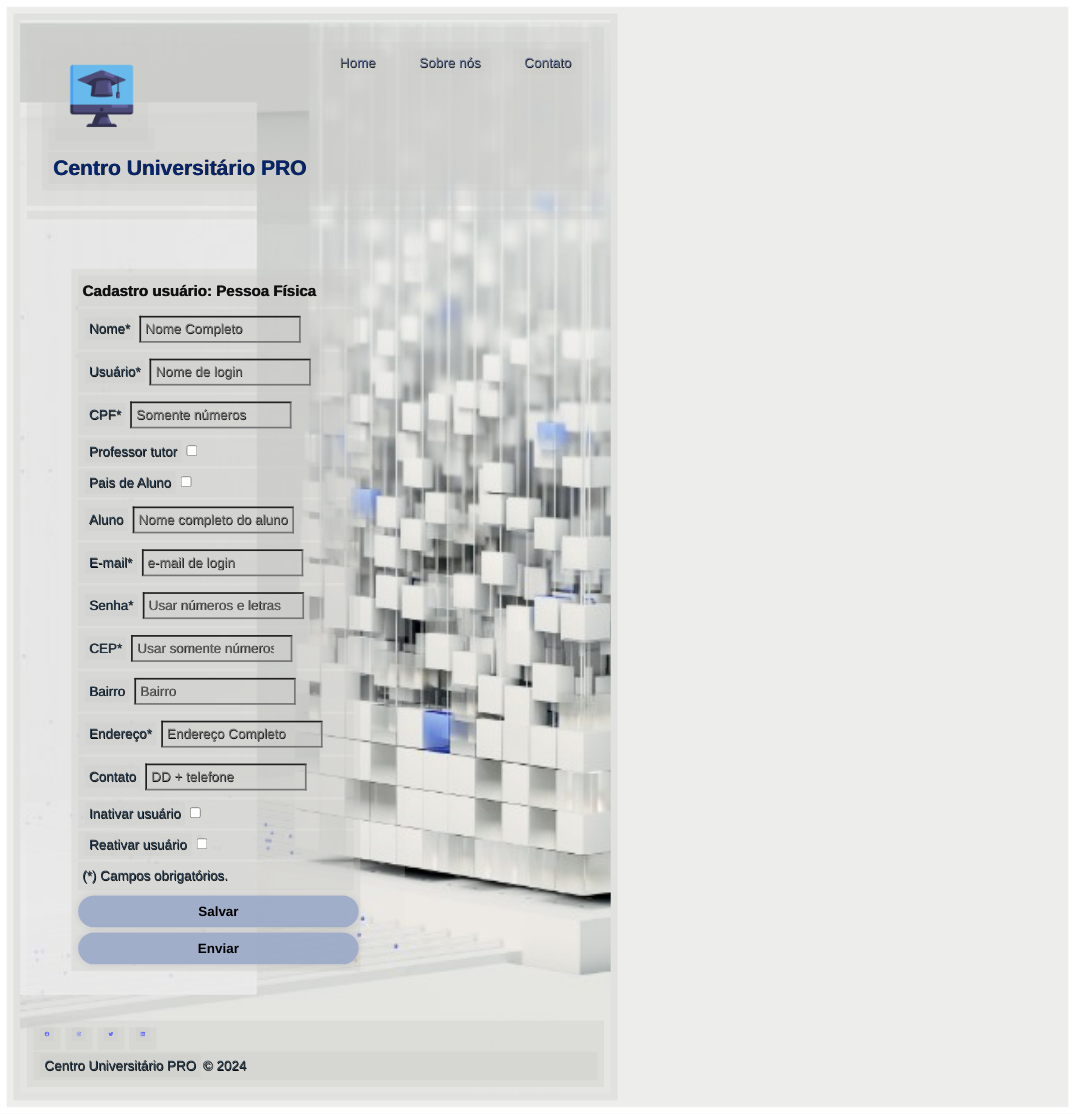
Repository: DanuziaRA/Cadastros-de-Usuarios
Page: /cadastro
An editor plug-in stored every save of this project. The page is shown before and after the next save, followed by the edit.
The browser window is 1280 px wide. The pictures show the whole page, at 84% of full size.
The project was rebuilt for these pictures with package versions that can differ from the ones it lists, and the page was loaded fresh each time. Also part of the build but not shown: vite.config.js, src/components/Footer.css, src/router/Contact.jsx, src/router/ErrorPage.jsx, src/router/ContactDetails.jsx, src/router/Login.jsx, src/router/Company.jsx, src/router/Forget.jsx.

Above is the page before, as saved 2024-10-01 12:42:17.

### src/main.jsx
import { StrictMode } from 'react'
import { createRoot } from 'react-dom/client'
import App from './App.jsx'
import './index.css'

import {createBrowserRouter, RouterProvider,Navigate} from 'react-router-dom';

  import Contact from './router/Contact.jsx';
  import ErrorPage from './router/ErrorPage.jsx';
  import ContactDetails from './router/ContactDetails.jsx';
  import Login from './router/Login.jsx';
  import Company from './router/Company.jsx';
  import Forget from './router/Forget.jsx';
  import Cadastro from './router/Cadastro.jsx';


  const router = createBrowserRouter([
        {
      path: "/",
      element: <App/>,
      errorElement: <ErrorPage />,
      children: [
        {
          path: "/",
          element:<Login />,
        },
        {
          path: "empresa",
          element:<Company />,
        },
        {
          path: "contact",
          element:<Contact />,
        },
        //Nested routes - identificando unico
        {
          path: "/contact/:id",
          element: <ContactDetails />,
        },
        {
          path: "forget",
          element: <Forget />,
        },
        {
          path: "cadastro",
          element: <Cadastro />,
        },
        //Navigate para página não existentes
        {
          path: "oldcontact",
          element: <Navigate to="/contact" />,
        },
      ],
    },
    ]);


createRoot(document.getElementById('root')).render(
  <StrictMode>
    <RouterProvider router={router} />
    </StrictMode>,
);

### src/App.jsx
import './App.css'

import { Outlet } from 'react-router-dom';
import Navbar from './components/Navbar';
import Footer from './components/Footer'


function App() {
  return (
      <div className='App'>
        <Navbar />
        <h1></h1>
        <Outlet />
        <Footer />
    </div>
  );
}

export default App;

### src/router/Cadastro.jsx
import React from 'react'
import { DiVim, DiVisualstudio } from 'react-icons/di'
import {useState} from "react";
import './Cadastro.css';


const Cadastro = () => {
  const [username, setUsername] = useState("");
  const [password, setPassword] = useState("");
  const [userusuario, setUserusuario] = useState("");
  const [usercpf, setCpf] = useState("");
  const [userproftutor, setProftutor] = useState("");
  const [userpais, setPais] = useState("");
  const [usernaluno, setNaluno] = useState("");
  const [useremail, setEmail] = useState("");
  const [usercep, setCep] = useState("");
  const [userbairro, setBairro] = useState("");
  const [userendereco, setEndereco] = useState("");
  const [usercontato, setContato] = useState("");
  const [userinativar, setInativar] = useState("");
  const [userreativar, setReativar] = useState("");

const handleSubmit = (event) => {
  event.preventDefault();
alert("Enviando os dados:" + username + " -" + password + "-" + userusuario + "-" + usercpf + "-" + userproftutor + "-" + userpais + "-" + usernaluno + "-" + usercep + "-" + userbairro + "-" + "-" + userendereco + "-" + useremail + "-" + usercontato + "-" + userinativar + "-" + userreativar);
};

  return (
    <div className='container'>
        <form onSubmit={handleSubmit}>
          <h2>Cadastro usuário: Pessoa Física</h2>

            <div>
            <label>Nome*</label>
            <input type="text" placeholder='Nome Completo'
            required
            onChange={(e) => setUsername(e.target.value)}
            />
            </div>

            <div>
            <label>Usuário*</label>
            <input type="text" placeholder='Nome de login'
            required
            onChange={(e) => setUserusuario(e.target.value)} />
            </div>

            <div>
            <label>CPF*</label>
            <input type="number" placeholder='Somente números'
            required
            onChange={(e) => setCpf (e.target.value)} />
            </div>

            <div>
            <label>Professor tutor</label>
            <input type="checkbox" placeholder='professor tutor'
            onChange={(e) => setProftutor(e.target.value)} />
            </div>

            <div>
            <label>Pais de Aluno</label>
            <input type="checkbox"placeholder='responsável pelo aluno'
            onChange={(e) => setPais(e.target.value)} />
            </div>

            <div>
            <label>Aluno</label>
            <input type="text" placeholder='Nome completo do aluno'
            onChange={(e) => setNaluno(e.target.value)} />
            </div>

            <div>
            <label>E-mail*</label>
            <input type="email" placeholder='e-mail de login'
            required
            onChange={(e) => setEmail(e.target.value)} />
            </div>

            <div>
            <label>Senha*</label>
            <input type="password" placeholder='Usar números e letras'
            required
            onChange={(e) => setPassword(e.target.value)}/>
            </div>

            <div>
            <label>CEP*</label>
            <input type="number" placeholder='Usar somente números'
            required
            onChange={(e) => setCep(e.target.value)} />
            </div>

            <div>
            <label>Bairro</label>
            <input type="text"placeholder='Bairro'
            onChange={(e) => setBairro(e.target.value)} />
            </div>

            <div>
              <label>Endereço*</label>
            <input type="text" placeholder='Endereço Completo'
            required
            onChange={(e) => setEndereco(e.target.value)} />
            </div>

            <div>
            <label>Contato</label>
            <input type="text" placeholder='DD + telefone'
            onChange={(e) => setContato(e.target.value)} />
            </div>

            <div>
            <label>Inativar usuário</label>
            <input type="checkbox"placeholder='inativar'
            onChange={(e) => setInativar(e.target.value)} />
            </div>

            <div>
            <label>Reativar usuário</label>
            <input type="checkbox"placeholder='ativar'
            onChange= {(e) => setReativar(e.target.value)} />
            </div>

            <p>(*) Campos obrigatórios.</p>

            <button>Salvar</button>
            <button>Enviar</button>

        </form>
    </div>
    )
}

export default Cadastro;

### src/App.css
* {
  box-sizing: border-box;
  margin: 3px;
  padding: 5px;
  font-family: Helvetica;
  font-size: 16px;
  text-shadow: #0c0c0c 0.7px 0.7px;
  background-color:rgba(202, 201, 200, 0.342);
}
.App{
  display: flex;
  flex-direction: column;
  flex-grow: 1;
  justify-content: center;
  align-items: left;
  background-image: url("src/assets/fundo cadastro.jpg");
  background-size: cover;
  background-position: center;
  }

### src/components/Navbar.jsx
import { Link } from "react-router-dom"
import logo from './../assets/LOGO novo.png'
import { Component } from "react";
import './Navbar.css';


const Navbar = () => {
    return (
    <nav className="navbar">
        <div className="navbar-logo">
        <Link to="/">
            <img src={logo} alt=""/>
            </Link>
            <h1>Centro Universitário PRO</h1>
            </div>
            <ul className="navbar-links">
            <li><a href="/">Home</a></li>
            <li><a href="/Company">Sobre nós</a></li>
            <li><a href= "/Contact">Contato</a></li>
            </ul>
    </nav>
    )
}

export default Navbar

### src/components/Footer.jsx
import { FaFacebook, FaInstagram,FaTwitter,FaLinkedin } from "react-icons/fa"
import { Link } from "react-router-dom";
import './Footer.css';

function Footer(){
    return (
        <nav>
            <Link to="https://www.facebook.com/?locale=pt_BR">
            < FaFacebook alt=""/>
            </Link>
            <Link to="https://www.instagram.com/">
            < FaInstagram alt=""/>
            </Link>
            <Link to="/">
            < FaTwitter alt=""/>
            </Link>
            <Link to="https://www.linkedin.com.br">
            < FaLinkedin alt=""/>
            </Link>
            <p><span>Centro Universitário PRO</span>&copy; 2024</p>
            </nav>


    );

}
export default Footer

### src/router/Login.css
.input-field input{
    width: 50%;
    height: 70%;
    background-color: #f5f5f5;
    outline: none;
    border: 2px solid rgba(224, 222, 222, 0.2);
    border-radius: 40px;
    font-size: 16px;
    color: #070000;
    padding: 10px 20px;
}
.input-field input::placeholder{
color: #494949;
}

.container .recall-forget{
display: left;
justify-content: space-between;
font-size: 15px;
margin: -px 0 20px;
}
.recall-forget label{
color: #494949;
}
.recall-forget input{
margin-right: 5px;
}
.recall-forget a, .signup-link p a{
color: #494949;
text-decoration: none;
}
.recall-forget a:hover, .signup-link p a{
text-decoration: underline;
}
.container button{
width: 23%;
height: 500%;
font-size: 16px;
padding: 10px 20px;
background-color:#9aa8c8e1;
border: none;
outline: none;
border-radius: 500px;
box-shadow: 0 0 10px rgba(0,0,0,0.1);
cursor: pointer;
font-weight: 600;
text-shadow: none;
}
.container .signup-link{
font-size: 15px;
text-align: left;
margin: 20px 0 10px;
}
.signup-link p a{
color:#2d5ac4e1;
}

### src/router/Cadastro.css
.container{
    width: 450px;
    background-color: rgba(224, 222, 222, 0.2);
    backdrop-filter:rgb(238, 238, 241);
    border: 10px sold rgba (247,247,247, 0.40);
    padding: 50px;
    border-radius: 5px;
}

.container h1{
    text-align: left;
    font-size: 23px;
    color: #4d77dbe1;
    }
    .container h2{
        text-align: left;
        font-size: 18px;
        color: #111112e1;
        }
.container .input-field{
    position: relative;
    width: 100%;
    height: 50px;
    margin: 30px auto;
}
    .input-field input{
        width: 100%;
        height: 100%;
        background-color: #f5f5f5;
        outline: none;
        border: 2px solid rgba(224, 222, 222, 0.2);
        border-radius: 40px;
        font-size: 12px;
        color: #070000;
        padding: 20px 45px;
    }
.input-field input::placeholder{
    color: #494949;
}
.input-field .icon{
    position: absolute;
    right: 25px;
    top: 50%;
    transform: translateY(-50%);
    font-size: 18px;
    color: #494949;
}
.container .recall-forget{
    display: flex;
    justify-content: space-between;
    font-size: 15px;
    margin: -20px 0 20px;
}
.recall-forget label{
    color: #494949;
}
.recall-forget input{
    margin-right: 15px;
}
.recall-forget a, .signup-link p a{
    color: #494949;
    text-decoration: none;
}
.recall-forget a:hover, .signup-link p a{
    text-decoration: underline;
}
.container button{
    width: 100%;
    height: 500%;
    font-size: 16px;
    padding: 10px 20px;
    background-color:#9aa8c8e1;
    border: none;
    outline: none;
    border-radius: 500px;
    box-shadow: 0 0 10px rgba(0,0,0,0.1);
    cursor: pointer;
    font-weight: 600;
    text-shadow: none;
}
.container .signup-link{
    font-size: 15px;
    text-align: center;
    margin: 20px 0 10px;
}
.signup-link p a{
    color:#2d5ac4e1;
}

### src/components/Navbar.css
.navbar{
    display: flex;
    justify-content: space-between;
    padding: 15px;
    align-items: left;
}
.navbar-logo h1{
    color: #06297ae1;
    font-size: 25px;
    align-items: center;


}
.navbar-links {
list-style-type: none;
display: flex;
gap: 20px;
align-items: left;

}
.navbar li{
    display: inline;
    }
.navbar-links li a {
    color: #67789ee1;
    text-decoration: none;
}
.navbar-links li a:hover{
    color:#ddd;
}

Loaded but not shown: index.html (common file); src/index.css (common file)

After the next save:
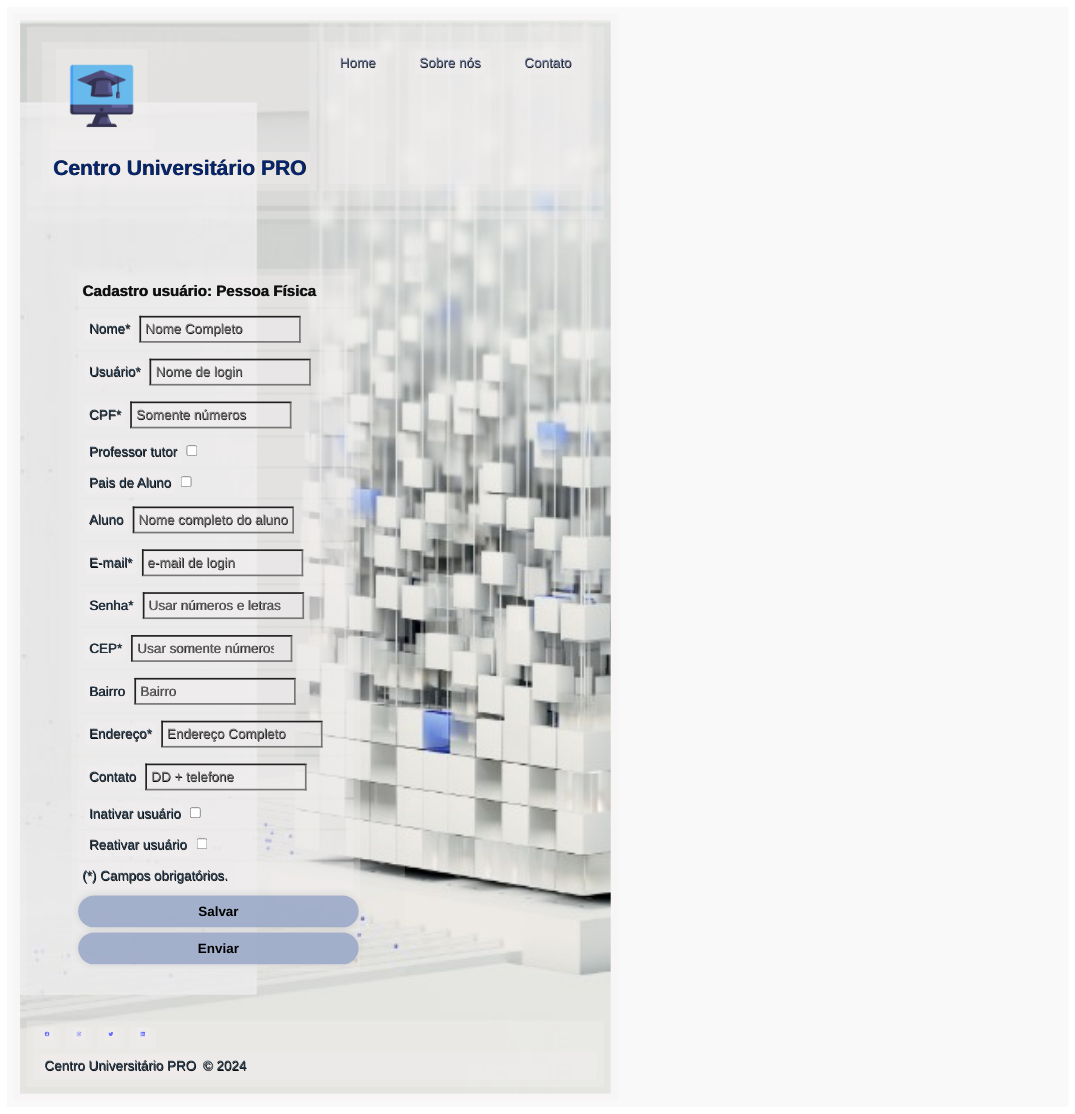
Saved 8 s later.
--- a/src/App.css
+++ b/src/App.css
@@ -5,7 +5,7 @@
   font-family: Helvetica;
   font-size: 16px;
   text-shadow: #0c0c0c 0.7px 0.7px;
-  background-color:rgba(202, 201, 200, 0.342);
+  background-color:rgba(239, 237, 236, 0.342);
 }
 .App{
   display: flex;
